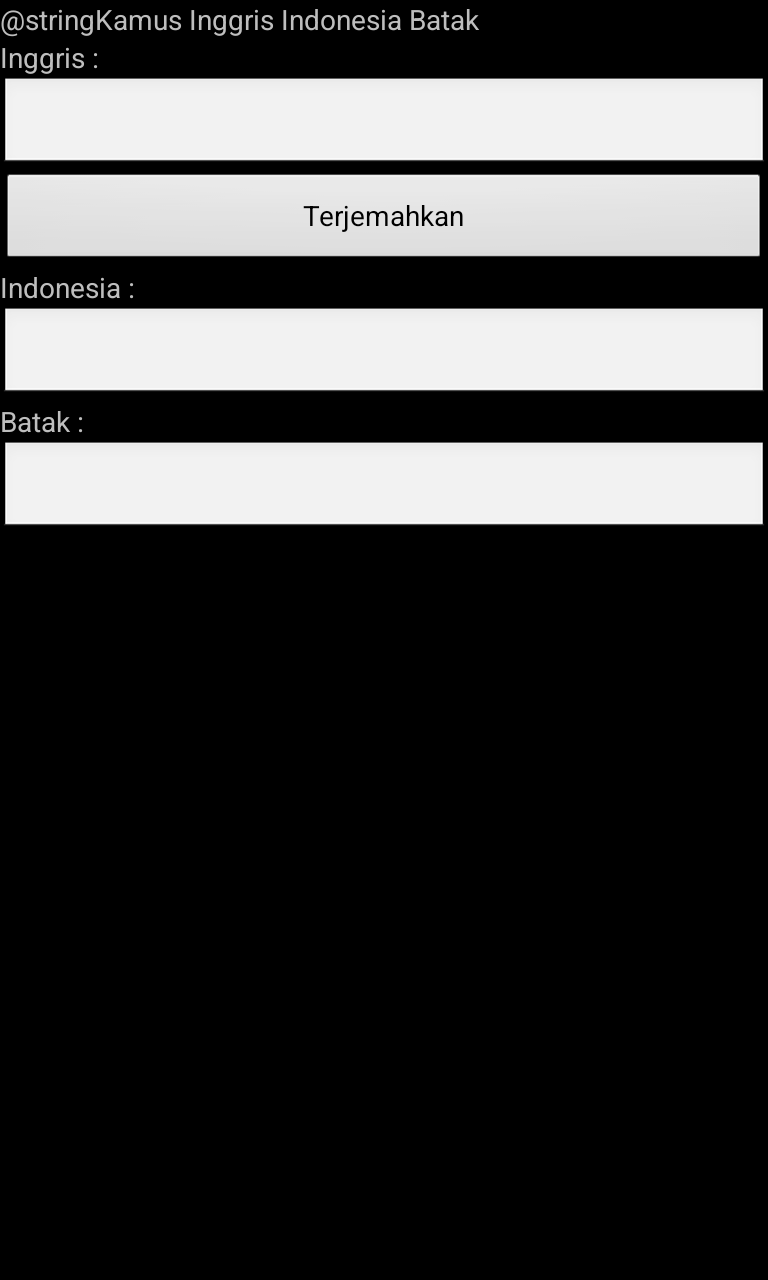
Repository: AndenWano/kamusbahasaindonesia
Layout: KamusKomputer/Kamus/res/layout/activity_show_kamus.xml
An editor plug-in stored every save of this project. The layout is shown before and after the next save, followed by the edit.
It is drawn on a 768 x 1280 px phone screen (xhdpi) without system bars, with theme android:Theme; the app's code is not run.

Above is the layout before, as saved 2014-12-21 10:12:04.

### KamusKomputer/Kamus/res/layout/activity_show_kamus.xml
<?xml version="1.0" encoding="utf-8"?>
<LinearLayout
xmlns:android="http://schemas.android.com/apk/res/android"
android:orientation="vertical"
android:layout_width="fill_parent"
android:layout_height="fill_parent"
>
<TextView
android:layout_width="fill_parent"
android:layout_height="wrap_content"
android:text="@stringKamus Inggris Indonesia Batak"
/>
<TextView
android:text="Inggris :"
android:id="@+id/TextView01"
android:layout_width="wrap_content"
android:layout_height="wrap_content">
</TextView>
<EditText
android:text=""
android:id="@+id/txtInggris"
android:layout_width="fill_parent"
android:layout_height="wrap_content"
/>
<Button
android:text="Terjemahkan"
android:id="@+id/btnTerjemah"
android:layout_width="fill_parent"
android:layout_height="wrap_content"
android:onClick="getTerjemahan"
/>
<TextView
android:text="Indonesia :"
android:id="@+id/TextView03"
android:layout_width="wrap_content"
android:layout_height="wrap_content"
/>
<EditText
android:text=""
android:id="@+id/txtIndonesia"
android:layout_width="fill_parent"
android:layout_height="wrap_content"
android:editable="false"
/>
<TextView
android:text="Batak :"
android:id="@+id/TextView04"
android:layout_width="wrap_content"
android:layout_height="wrap_content"
/>
<EditText
android:text=""
android:id="@+id/txtBatak"
android:layout_width="fill_parent"
android:layout_height="wrap_content"
android:editable="false"
/>
</LinearLayout>

After the next save:
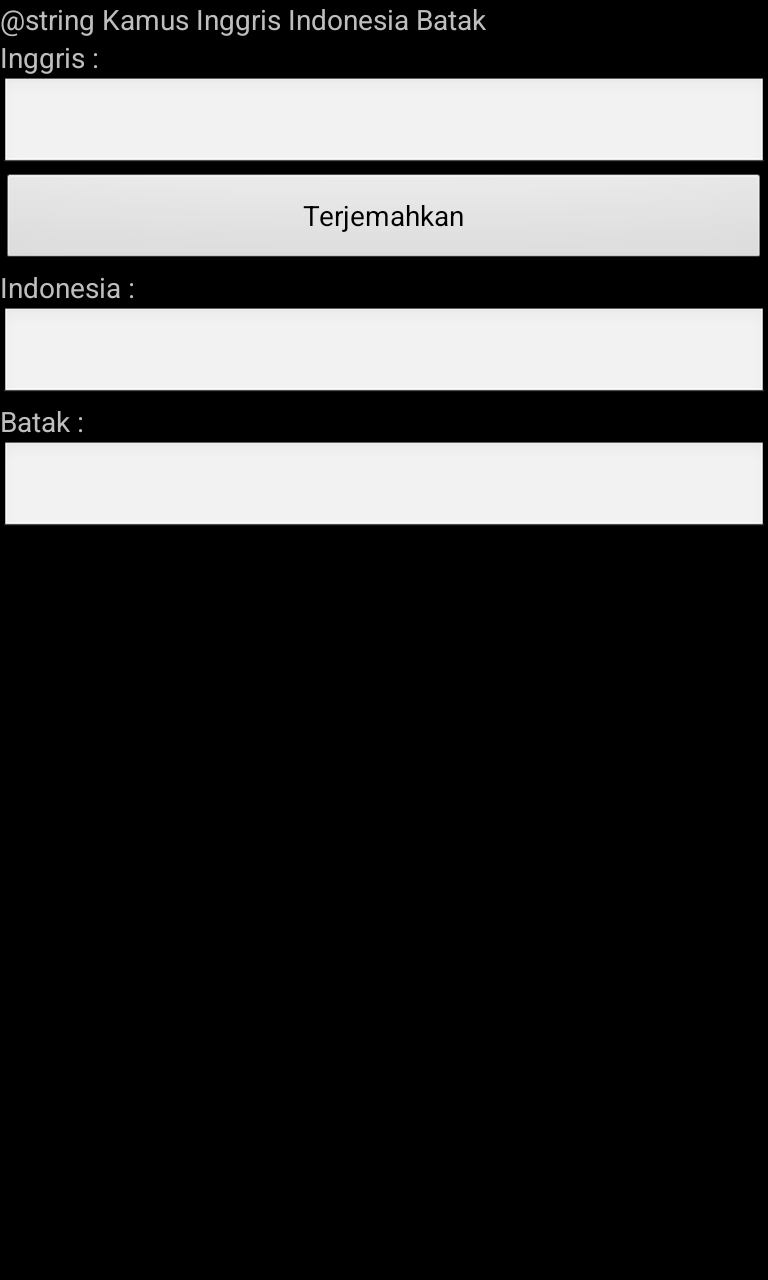
Saved 12 s later.
--- a/KamusKomputer/Kamus/res/layout/activity_show_kamus.xml
+++ b/KamusKomputer/Kamus/res/layout/activity_show_kamus.xml
@@ -8,7 +8,7 @@ android:layout_height="fill_parent"
 <TextView
 android:layout_width="fill_parent"
 android:layout_height="wrap_content"
-android:text="@stringKamus Inggris Indonesia Batak"
+android:text="@string Kamus Inggris Indonesia Batak"
 />
 <TextView
 android:text="Inggris :"
